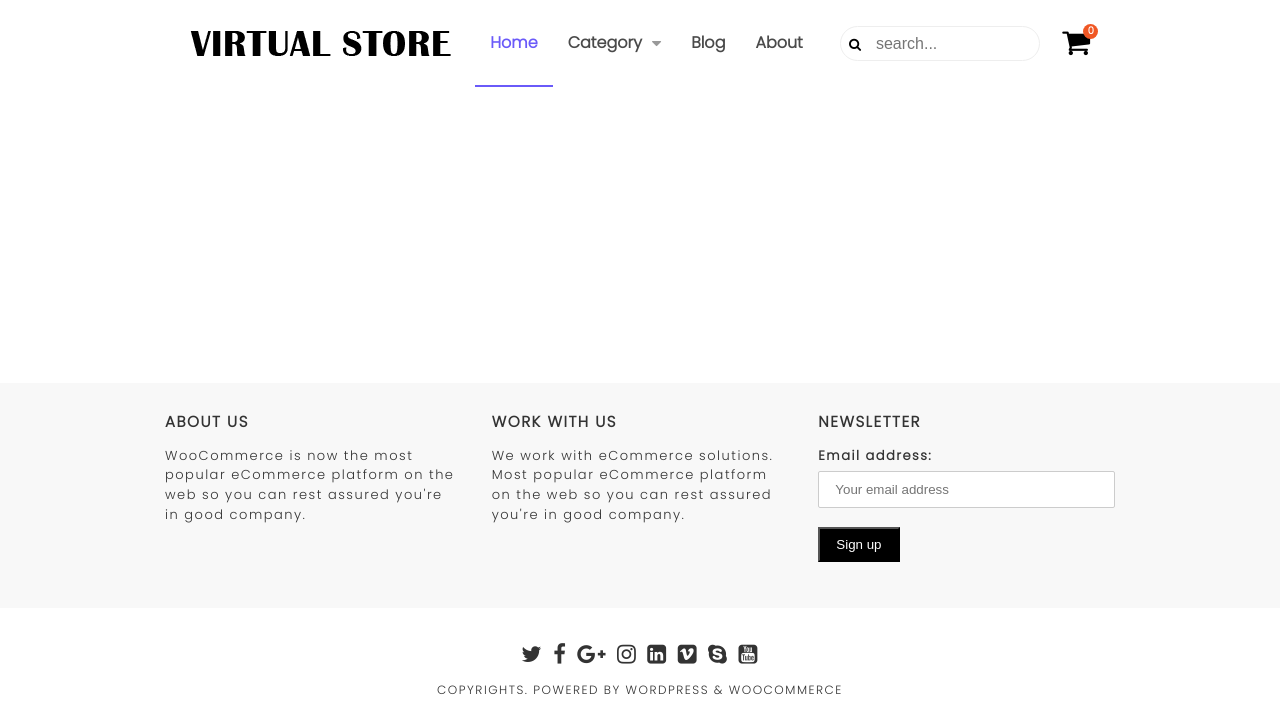
Repository: dungle03/tke_web_nhom_15
Page: index.html
The author's editor kept a copy of each file at every save. The page is drawn from the files as they stood at one save, then again after the next save.
The browser window is 1280 px wide. The pictures show the whole page.

Above is the page before, as saved 2022-09-14 01:52:48.
Not found: resest.css

### index.html
<!DOCTYPE html>
<html lang="en">
<head>
    <meta charset="UTF-8">
    <meta http-equiv="X-UA-Compatible" content="IE=edge">
    <meta name="viewport" content="width=device-width, initial-scale=1.0">
    <title>Home</title>
    <link
    rel="stylesheet"
    href="https://cdnjs.cloudflare.com/ajax/libs/font-awesome/4.7.0/css/font-awesome.min.css"
    integrity="sha512-SfTiTlX6kk+qitfevl/7LibUOeJWlt9rbyDn92a1DqWOw9vWG2MFoays0sgObmWazO5BQPiFucnnEAjpAB+/Sw=="
    crossorigin="anonymous"
  />
  <link href="https://fonts.googleapis.com/css2?family=Poppins:wght@300&display=swap" rel="stylesheet">
    <link rel="stylesheet" href="./resest.css">
    <link rel="stylesheet" href="./CSS/header.css">
    <link rel="stylesheet"  href="./CSS/footer.css">
</head>
<body>
    <div class="main-header">
        <div class="header" id="head">
            <div class="logo">
                <a href="#head">
                    <img src="./IMG/IMG_LOGO/logo.png" alt="img">
                </a>
            </div>
            <ul class="navi">
                <li class="item active"><a href="#" class="home">Home</a>
                </li>
                <li class="item category-more"><a href="#" class="category">Category</a>
                    <i class="fa fa-caret-down dropdow_caret"></i>
                    <div class="dropdow">
                        <ul class="dropdow-list">
                            <li  class="dropdow-item"><a class="dropdow-effect" href="Category/All products/index.html"><span>
                                All products
                            </span></a></li>
                            <li class="dropdow-item"><a  class="dropdow-effect"href="Category/Furniture/index.html"><span>
                                Furniture
                            </span></a></li>
                            <li class="dropdow-item"><a class="dropdow-effect" href="Category/Sale/index.html"><span>
                                Sale
                            </span></a></li>
                        </ul>
                    </div>
                </li>
                <li class="item"><a href="Blog/index.html" class="blog">Blog</a>
                </li>
                <li class="item"><a href="About/index.html" class="about">About</a>
                </li>
            </ul>
            <div class="wrap-search">
                <i class="fa fa-search icon-search"></i>
                <input type="text" class="input-search" placeholder="search...">
            </div>
            <div class="wrap-incon-cart">
                <i class="fa fa-shopping-cart icon-cart"></i>
            </div>
        </div>
    </div>
    <!-- /////////////////////////////////////// -->
        <div class="footer">
            <div class="main-foot">
                <div class="container">
                    <div class="foot-col">
                        <h3 class="footer-title">ABOUT US</h3>
                        <div class="textwidget">WooCommerce is now the most popular eCommerce platform on the web so you can rest assured you're in good company.</div>
                    </div>
                    <div class="foot-col">
                        <h3 class="footer-title">WORK WITH US</h3>
                        <div class="textwidget">We work with eCommerce solutions. Most popular eCommerce platform on the web so you can rest assured you're in good company.</div>
                    </div>
                    <div class="foot-col">
                        <h3 class="footer-title">NEWSLETTER</h3>
                        <form class="newsletter">
                            <p>
                                <label for="EMAIL" class="label-email">Email address:</label>
                                <input type="email" class="input-email" name="EMAIL" placeholder="Your email address" required="">
                            </p>
                            <p>
                                <input type="submit" class="btn-submit" value="Sign up">
                            </p>
                        </form>
                    </div>
                </div>
            </div>
            <div class="bottom-foot">
                <div class="container">
                    <div class="foot-socials">
                        <ul>
                            <li><a href=""></a><i class="fa fa-twitter"></i></li>
                            <li><a href=""></a><i class="fa fa-facebook"></i></li>
                            <li><a href=""></a><i class="fa fa-google-plus"></i></li>
                            <li><a href=""></a><i class="fa fa-instagram"></i></li>
                            <li><a href=""></a><i class="fa fa-linkedin-square"></i></li>
                            <li><a href=""></a><i class="fa fa-vimeo-square"></i></li>
                            <li><a href=""></a><i class="fa fa-skype"></i></li>
                            <li><a href=""></a><i class="fa fa-youtube-square"></i></li>
                        </ul>
                        <p class="credits">Copyrights. Powered by WordPress & WooCommerce</p>
                    </div>
                </div>
            </div>
        </div>
    </body>
    </html>

### CSS/header.css
html {
    font-family: "Poppins", sans-serif;
    box-sizing: border-box;
    font-size: 62.5%;
    color: black;
  }
  * {
    margin: 0;
    padding: 0;
  }
  *,
  *:before,
  *:after {
    box-sizing: border-box;
  }
  input,
  textarea,
  select,
  button {
    outline: none;
  }
  input {
    line-height: normal;
  }
  label,
  button {
    cursor: pointer;
  }
  a {
    text-decoration: none;
  }
  img {
    display: block;
    max-width: 100%;
  }
  body{
  }
/* /////////// HEADER  /////////// */
.main-header{
  width: 100%;
  position: fixed;
  top: 0;
  left: 0;
  background-color: white;
  z-index: 100;
}
.header{
    width: 100%;
    padding:0 190px ;
    display: flex;
    align-items: center;
    justify-content: space-between;
}
  .logo{

}
.navi{
    display: flex;
    width: max-content;
}
.navi  a{
  color: #4a4a4a;;
}
.navi .item{
  list-style-type: none;
    /* width: max-content; */
    white-space: nowrap;
    padding:  30px 15px;
    cursor: pointer;
    color: #999;
    font-weight: 600;
    flex: 1;
    display: flex;
    align-items: center;
    justify-content: center;
    border-radius: inherit;
    border-bottom: 2px solid white;
}

.wrap-search{
  position: relative;
}
.icon-search{
  position: absolute;
  top: 50%;
  left: 15px;
  transform: translate(-50%,-50%);
  font-size: 13px;
}
.input-search{
  width: 200px;
  height: 35px;
  padding-left: 35px;
  border-radius: 20px;
  border: 1px solid #eee;
  font-size: 16px;
}
.wrap-incon-cart{
  width: max-content;
  position: relative;
}
.icon-cart{
  font-size: 30px;
}
.wrap-incon-cart::before{
  content: "0";
  display: flex;
  justify-content: center;
  align-items: center;
  position: absolute;
  font-weight:600 ;
  color: white;
  font-size: 10px;
  width: 15px;
  height: 15px;
  border-radius: 15px;
  background-color: #f05724;
  z-index: 100;
  top: -10%;
  right: -30%;
}
.navi .item.active a{
  color: #6a5af9;
}
.navi .item.active{
  border-bottom-color: #6a5af9;
}

.navi .item:not(:nth-child(2)):hover{
    color: #6a5af9;
  border-bottom-color: currentColor;
}

.category-more{
  position: relative;
}

.dropdow{
  position: absolute;
  top: 110%;
  background-color: white;
  border-radius: 4px;
  box-shadow: 0 0 10px #ccc;
  opacity: 0;
  visibility: hidden;
  transition: all 0.2s linear;
}
  .dropdow::before{
    position: absolute;
    content: "";
    width: 0;
    height: 0;
    border-left: 10px solid transparent;
    border-bottom: 10px solid white;
    border-right: 10px solid transparent;
    top: 0;
    right: 10px;
    transform: translateY(-100%);
  }

.dropdow_caret{
  margin-left: 10px;
}
.dropdow-item{
  padding: 20px 25px 20px 40px;
  transition: all 0.2s linear;
  border-left: 4px solid transparent;
}
.dropdow-item:not(:last-child){
  border-bottom: 1px solid #ccc;
}
.dropdow-item:hover{
  border-left-color: #6a5af9;
}
.dropdow-item:hover span{
  color: #6a5af9;
}
.category-more:hover .dropdow{
  opacity: 1;
  visibility: visible;
}


/* FORTER */
.footer{
  position: absolute  ;
  bottom: 0px;
}
.main-foot{
  background-color:
#f8f8f8;
background-position:
0px 0px;
color:#333333;
font-size:13px;
letter-spacing:1.5px;
line-height:19.6px;
padding:15px 0px 28px 0px;
}

.main-foot .container{
  display: flex;
  padding: 0 150px;
}

.main-foot .container .foot-col{
  display: inline-block;
  width: calc(100% / 3);
  padding:
0px 15px;
}


.main-foot .container .foot-col:first-child, .foot-col:nth-child(2){
  color:
#333333;
letter-spacing:
1.5px;
line-height:
19.6px;
padding:
0px 15px;
}
.footer-title{
  margin: 14px 0;
}

.newsletter{
  color:
#333333;
font-size:
13px;
letter-spacing:
1.5px;
line-height:
19.6px;
}
.label-email{
  font-weight: 700;
  margin-bottom: 6px;
  display: block;
}
.input-email{
  width: 100%;
  background-color:
#ffffff;
background-position:
0px 0px;
border-color:
#cccccc;
border-radius:
2px;
border-style:
solid;
border-width:
1px;
color:
#555555;
font-family:
Arial;
font-size:
13.3333px;
line-height:
19.0476px;
margin:
0px 0px 5px;
padding:
8px 16px;
}
.btn-submit{
  margin: 14px 0px 18px 0px;
  display: inline-block;
  padding: 8px 16px;
  background-color: black;
  color: white;
}

/* /////// */
.bottom-foot{
  background-color:
#ffffff;
background-position:
0px 0px;
color:
#333333;
font-size:
14px;
letter-spacing:
1.5px;
line-height:
19.6px;
padding:
20px 0px;
text-align:
center;
text-transform:
uppercase;
}
li{

  list-style-type: none;
}
.bottom-foot .container{
  margin: 0 auto;
    width: 1180px;
}
.foot-socials ul{
  display: flex;
  width: max-content;
  margin: 15px auto;
}
.foot-socials ul li {
  font-size: 22px;
  margin: 0 5px;
}
.credits{
  font-size: 12px;
}

### CSS/footer.css
html {
    font-family: "Poppins", sans-serif;
    box-sizing: border-box;
    font-size: 16px;

  }
  * {
    margin: 0;
    padding: 0;
  }
  *,
  *:before,
  *:after {
    box-sizing: border-box;
  }
  input,
  textarea,
  select,
  button {
    outline: none;
  }
  input {
    line-height: normal;
  }
  label,
  button {
    cursor: pointer;
  }
  a {
    text-decoration: none;
  }
  img {
    display: block;
    max-width: 100%;
  }

After the next save:
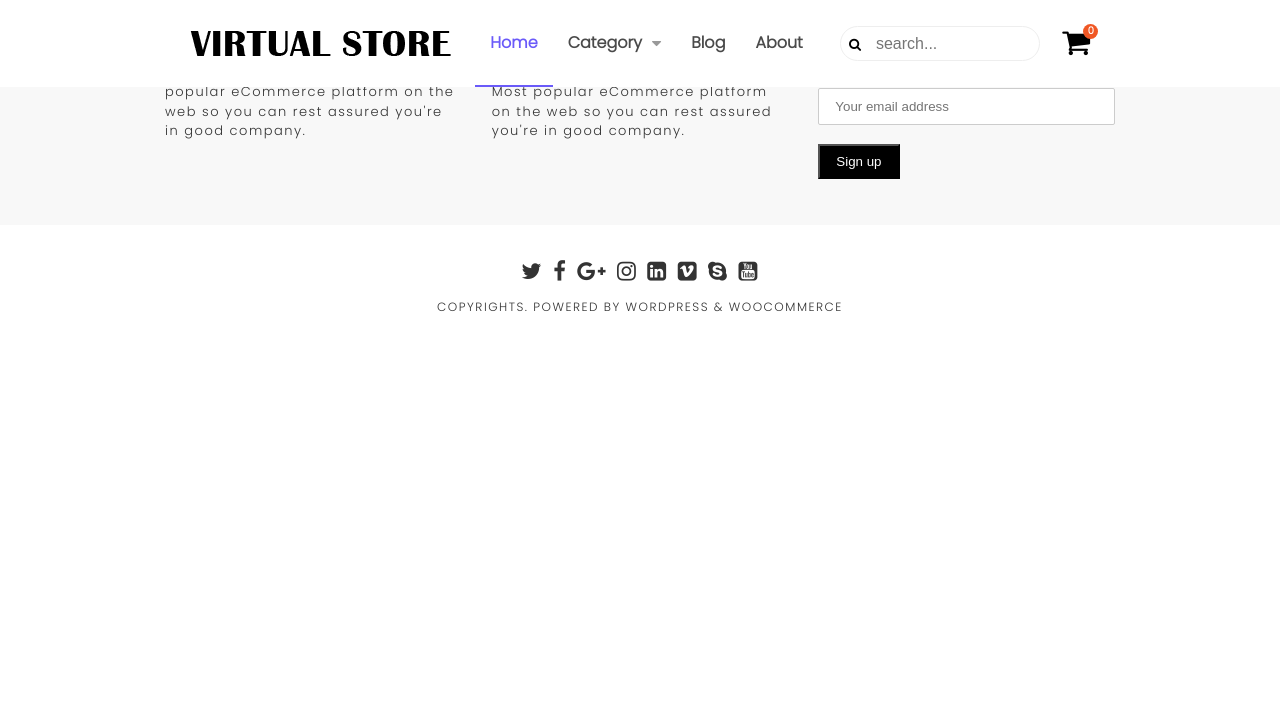
Saved 34 s later.
--- a/CSS/header.css
+++ b/CSS/header.css
@@ -183,8 +183,8 @@
 
 /* FORTER */
 .footer{
-  position: absolute  ;
-  bottom: 0px;
+  /* position: absolute  ;
+  bottom: 0px; */
 }
 .main-foot{
   background-color:

After the save that followed:
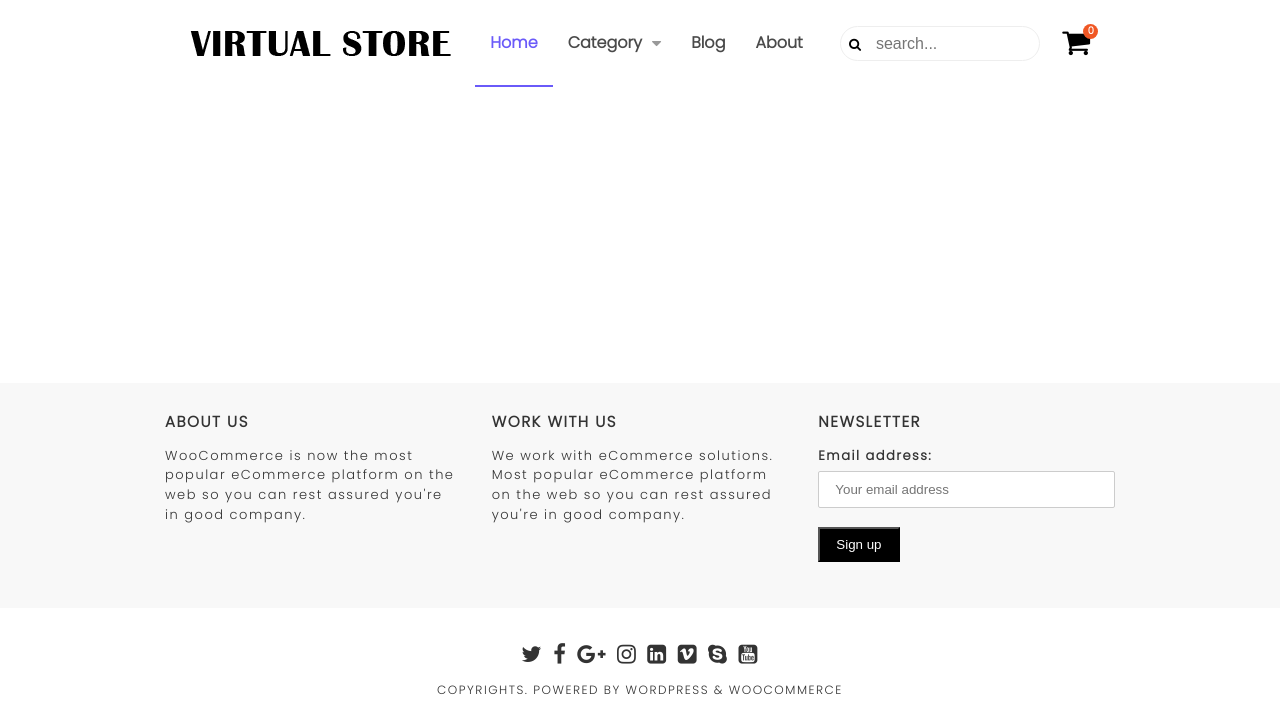
Saved 8 s later.
--- a/CSS/header.css
+++ b/CSS/header.css
@@ -183,8 +183,8 @@
 
 /* FORTER */
 .footer{
-  /* position: absolute  ;
-  bottom: 0px; */
+  position: absolute  ;
+  bottom: 0px;
 }
 .main-foot{
   background-color:
